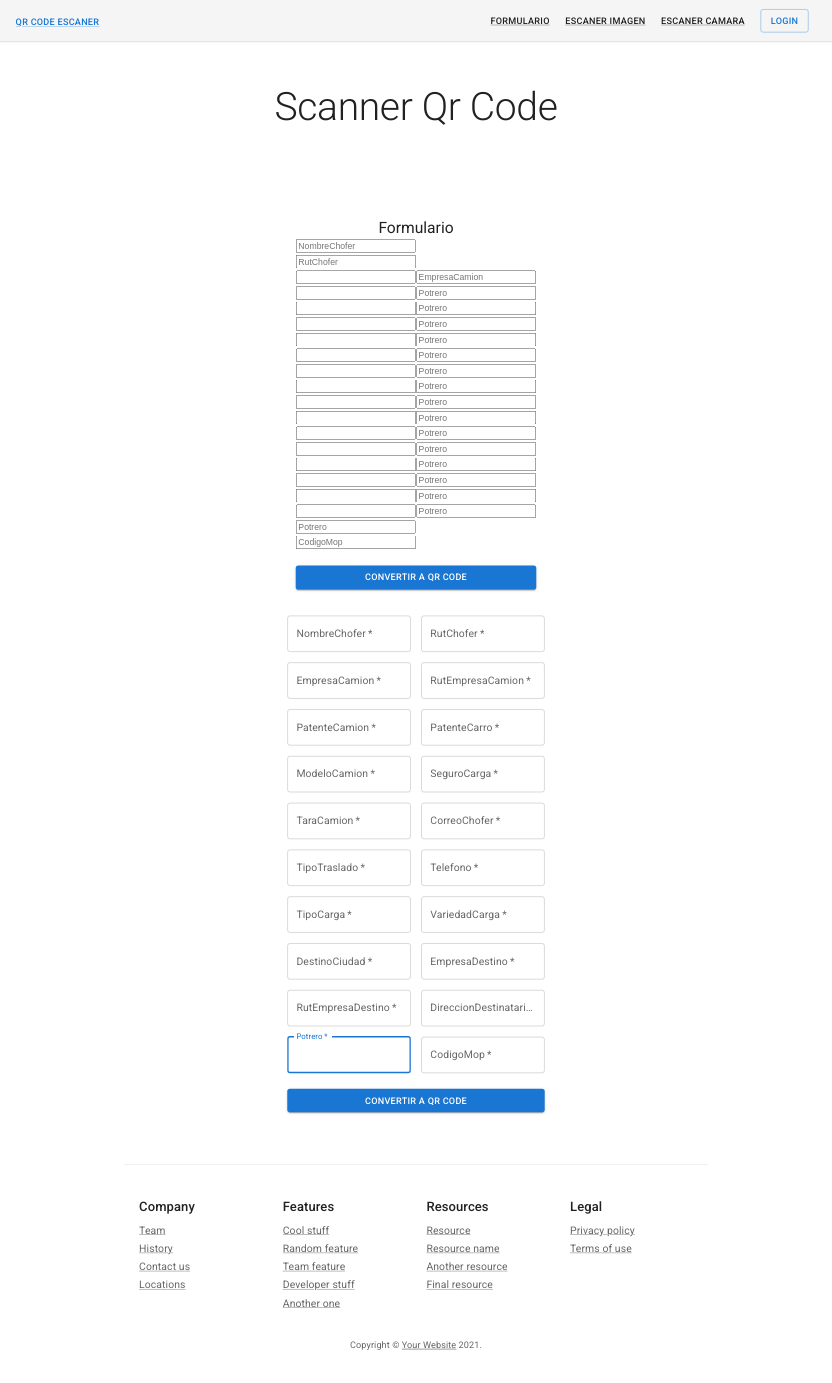
Repository: FlamesAlejandro/QrCodeForm
Page: /form
These files come from the project's save history. The page is drawn as it stood at one moment and after the next save; the edit follows.
The browser window is 1280 px wide. The pictures show the whole page, at 65% of full size.
The project was rebuilt for these pictures with package versions that can differ from the ones it lists, and the page was loaded fresh each time. Also part of the build but not shown: src/App.css, src/components/pages/ImagenEscaner.js, src/components/pages/CamaraEscaner.js, src/components/pages/Home.js.

Above is the page before, as saved 2021-10-24 07:52:09.

### src/App.js
import './App.css';
import { AppRouter } from './routers/AppRouter';

function App() {
  return (
    <>
      <AppRouter />
    </>
  );
}

export default App;

### src/components/ui/MainFooter.js
import React from 'react'
import Grid from '@mui/material/Grid';
import Typography from '@mui/material/Typography';
import Link from '@mui/material/Link';

function Copyright(props) {
    return (
      <Typography variant="body2" color="text.secondary" align="center" {...props}>
        {'Copyright © '}
        <Link color="inherit" href="https://mui.com/">
          Your Website
        </Link>{' '}
        {new Date().getFullYear()}
        {'.'}
      </Typography>
    );
  }

  const footers = [
    {
      title: 'Company',
      description: ['Team', 'History', 'Contact us', 'Locations'],
    },
    {
      title: 'Features',
      description: [
        'Cool stuff',
        'Random feature',
        'Team feature',
        'Developer stuff',
        'Another one',
      ],
    },
    {
      title: 'Resources',
      description: ['Resource', 'Resource name', 'Another resource', 'Final resource'],
    },
    {
      title: 'Legal',
      description: ['Privacy policy', 'Terms of use'],
    },
  ];

export const MainFooter = () => {

    return (
        <>
            <Grid container spacing={4} justifyContent="space-evenly">
                {footers.map((footer) => (
                    <Grid item xs={6} sm={3} key={footer.title}>
                    <Typography variant="h6" color="text.primary" gutterBottom>
                        {footer.title}
                    </Typography>
                    <ul>
                        {footer.description.map((item) => (
                        <li key={item}>
                            <Link href="#" variant="subtitle1" color="text.secondary">
                            {item}
                            </Link>
                        </li>
                        ))}
                    </ul>
                    </Grid>
                ))}
            </Grid>
            <Copyright sx={{ mt: 5 }} />
        </>
    )
}

### src/components/pages/Form.js
import React, { useState } from 'react'
import Button from '@mui/material/Button';
import CssBaseline from '@mui/material/CssBaseline';
import TextField from '@mui/material/TextField';
import Grid from '@mui/material/Grid';
import Box from '@mui/material/Box';
import Typography from '@mui/material/Typography';
import Container from '@mui/material/Container';
import QRCode from 'qrcode';
import { useForm } from "react-hook-form";

export const Form = () => {

    const [imgUrl, setImgUrl] = useState('');

    const { register, handleSubmit, formState: { errors } } = useForm();
    const onSubmit = data => console.log(data);
    console.log(errors);

    const generarQrCode = async(event) => {
        try {
            event.preventDefault();
            const data = new FormData(event.currentTarget);
            const response = await QRCode.toDataURL(data);
            setImgUrl(response);

        } catch (error) {
          console.log(error);
        }
    }

    return (
        <>
            <Container component="main" maxWidth="xs">
                <CssBaseline />
                <Box
                sx={{
                    marginTop: 8,
                    display: 'flex',
                    flexDirection: 'column',
                    alignItems: 'center',
                }}
                >
                <Typography component="h1" variant="h5">
                    Formulario
                </Typography>

                <form onSubmit={handleSubmit(onSubmit)}>
                <Grid item xs={12} sm={6}>
                        <input type="text" placeholder="NombreChofer" {...register("NombreChofer", {})} />
                    </Grid>
                    <Grid item xs={12} sm={6}>
                        <input type="text" placeholder="RutChofer" {...register("RutChofer", {})} />
                    </Grid>
                    <Grid item xs={12} sm={6}>
                        <input
                        autoComplete="EmpresaCamion"
                        name="EmpresaCamion"
                        required
                        fullWidth
                        id="EmpresaCamion"
                        label="EmpresaCamion"
                        autoFocus
                        />
                        <input type="text" placeholder="EmpresaCamion" {...register("EmpresaCamion", {})} />
                    </Grid>
                    <Grid item xs={12} sm={6}>
                        <input
                        required
                        fullWidth
                        id="RutEmpresaCamion"
                        label="RutEmpresaCamion"
                        name="RutEmpresaCamion"
                        autoComplete="RutEmpresaCamion"
                        />
                        <input type="text" placeholder="Potrero" {...register("Potrero", {})} />
                    </Grid>
                    <Grid item xs={12} sm={6}>
                        <input
                        autoComplete="PatenteCamion"
                        name="PatenteCamion"
                        required
                        fullWidth
                        id="PatenteCamion"
                        label="PatenteCamion"
                        autoFocus
                        />
                        <input type="text" placeholder="Potrero" {...register("Potrero", {})} />
                    </Grid>
                    <Grid item xs={12} sm={6}>
                        <input
                        required
                        fullWidth
                        id="PatenteCarro"
                        label="PatenteCarro"
                        name="PatenteCarro"
                        autoComplete="PatenteCarro"
                        />
                        <input type="text" placeholder="Potrero" {...register("Potrero", {})} />
                    </Grid>
                    <Grid item xs={12} sm={6}>
                        <input
                        autoComplete="ModeloCamion"
                        name="ModeloCamion"
                        required
                        fullWidth
                        id="ModeloCamion"
                        label="ModeloCamion"
                        autoFocus
                        />
                        <input type="text" placeholder="Potrero" {...register("Potrero", {})} />
                    </Grid>
                    <Grid item xs={12} sm={6}>
                        <input
                        required
                        fullWidth
                        id="SeguroCarga"
                        label="SeguroCarga"
                        name="SeguroCarga"
                        autoComplete="SeguroCarga"
                        />
                        <input type="text" placeholder="Potrero" {...register("Potrero", {})} />
                    </Grid>
                    <Grid item xs={12} sm={6}>
                        <input
                        autoComplete="TaraCamion"
                        name="TaraCamion"
                        required
                        fullWidth
                        id="TaraCamion"
                        label="TaraCamion"
                        autoFocus
                        />
                        <input type="text" placeholder="Potrero" {...register("Potrero", {})} />
                    </Grid>
                    <Grid item xs={12} sm={6}>
                        <input
                        required
                        fullWidth
                        id="CorreoChofer"
                        label="CorreoChofer"
                        name="CorreoChofer"
                        autoComplete="CorreoChofer"
                        />
                        <input type="text" placeholder="Potrero" {...register("Potrero", {})} />
                    </Grid>
                    <Grid item xs={12} sm={6}>
                        <input
                        autoComplete="TipoTraslado"
                        name="TipoTraslado"
                        required
                        fullWidth
                        id="TipoTraslado"
                        label="TipoTraslado"
                        autoFocus
                        />
                        <input type="text" placeholder="Potrero" {...register("Potrero", {})} />
                    </Grid>
                    <Grid item xs={12} sm={6}>
                        <input
                        required
                        fullWidth
                        id="Telefono"
                        label="Telefono"
                        name="Telefono"
                        autoComplete="Telefono"
                        />
                        <input type="text" placeholder="Potrero" {...register("Potrero", {})} />
                    </Grid>
                    <Grid item xs={12} sm={6}>
                        <input
                        autoComplete="TipoCarga"
                        name="TipoCarga"
                        required
                        fullWidth
                        id="TipoCarga"
                        label="TipoCarga"
                        autoFocus
                        />
                        <input type="text" placeholder="Potrero" {...register("Potrero", {})} />
                    </Grid>
                    <Grid item xs={12} sm={6}>
                        <input
                        required
                        fullWidth
                        id="VariedadCarga"
                        label="VariedadCarga"
                        name="VariedadCarga"
                        autoComplete="VariedadCarga"
                        />
                        <input type="text" placeholder="Potrero" {...register("Potrero", {})} />
                    </Grid>
                    <Grid item xs={12} sm={6}>
                        <input
                        autoComplete="DestinoCiudad"
                        name="DestinoCiudad"
                        required
                        fullWidth
                        id="DestinoCiudad"
                        label="DestinoCiudad"
                        autoFocus
                        />
                        <input type="text" placeholder="Potrero" {...register("Potrero", {})} />
                    </Grid>
                    <Grid item xs={12} sm={6}>
                        <input
                        required
                        fullWidth
                        id="EmpresaDestino"
                        label="EmpresaDestino"
                        name="EmpresaDestino"
                        autoComplete="EmpresaDestino"
                        />
                        <input type="text" placeholder="Potrero" {...register("Potrero", {})} />
                    </Grid>
                    <Grid item xs={12} sm={6}>
                        <input
                        autoComplete="RutEmpresaDestino"
                        name="RutEmpresaDestino"
                        required
                        fullWidth
                        id="RutEmpresaDestino"
                        label="RutEmpresaDestino"
                        autoFocus
                        />
                        <input type="text" placeholder="Potrero" {...register("Potrero", {})} />
                    </Grid>
                    <Grid item xs={12} sm={6}>
                        <input
                        required
                        fullWidth
                        id="DireccionDestinatario"
                        label="DireccionDestinatario"
                        name="DireccionDestinatario"
                        autoComplete="DireccionDestinatario"
                        />
                        <input type="text" placeholder="Potrero" {...register("Potrero", {})} />
                    </Grid>
                    <Grid item xs={12} sm={6}>
                        <input type="text" placeholder="Potrero" {...register("Potrero", {})} />
                    </Grid>
                    <Grid item xs={12} sm={6}>
                        <input type="text" placeholder="CodigoMop" {...register("CodigoMop", {})} />
                    </Grid>
                    <Button
                        type="submit"
                        fullWidth
                        variant="contained"
                        sx={{ mt: 3, mb: 2 }}
                    >
                    Convertir a QR CODE
                    </Button>
                </form>

                <Box component="form" noValidate onSubmit={generarQrCode} sx={{ mt: 3 }}>
                    <Grid container spacing={2}>
                    <Grid item xs={12} sm={6}>
                        <TextField
                        autoComplete="NombreChofer"
                        name="NombreChofer"
                        required
                        fullWidth
                        id="NombreChofer"
                        label="NombreChofer"
                        autoFocus
                        />
                    </Grid>
                    <Grid item xs={12} sm={6}>
                        <TextField
                        required
                        fullWidth
                        id="RutChofer"
                        label="RutChofer"
                        name="RutChofer"
                        autoComplete="RutChofer"
                        />
                    </Grid>
                    <Grid item xs={12} sm={6}>
                        <TextField
                        autoComplete="EmpresaCamion"
                        name="EmpresaCamion"
                        required
                        fullWidth
                        id="EmpresaCamion"
                        label="EmpresaCamion"
                        autoFocus
                        />
                    </Grid>
                    <Grid item xs={12} sm={6}>
                        <TextField
                        required
                        fullWidth
                        id="RutEmpresaCamion"
                        label="RutEmpresaCamion"
                        name="RutEmpresaCamion"
                        autoComplete="RutEmpresaCamion"
                        />
                    </Grid>
                    <Grid item xs={12} sm={6}>
                        <TextField
                        autoComplete="PatenteCamion"
                        name="PatenteCamion"
                        required
                        fullWidth
                        id="PatenteCamion"
                        label="PatenteCamion"
                        autoFocus
                        />
                    </Grid>
                    <Grid item xs={12} sm={6}>
                        <TextField
                        required
                        fullWidth
                        id="PatenteCarro"
                        label="PatenteCarro"
                        name="PatenteCarro"
                        autoComplete="PatenteCarro"
                        />
                    </Grid>
                    <Grid item xs={12} sm={6}>
                        <TextField
                        autoComplete="ModeloCamion"
                        name="ModeloCamion"
                        required
                        fullWidth
                        id="ModeloCamion"
                        label="ModeloCamion"
                        autoFocus
                        />
                    </Grid>
                    <Grid item xs={12} sm={6}>
                        <TextField
                        required
                        fullWidth
                        id="SeguroCarga"
                        label="SeguroCarga"
                        name="SeguroCarga"
                        autoComplete="SeguroCarga"
                        />
                    </Grid>
                    <Grid item xs={12} sm={6}>
                        <TextField
                        autoComplete="TaraCamion"
                        name="TaraCamion"
                        required
                        fullWidth
                        id="TaraCamion"
                        label="TaraCamion"
                        autoFocus
                        />
                    </Grid>
                    <Grid item xs={12} sm={6}>
                        <TextField
                        required
                        fullWidth
                        id="CorreoChofer"
                        label="CorreoChofer"
                        name="CorreoChofer"
                        autoComplete="CorreoChofer"
                        />
                    </Grid>
                    <Grid item xs={12} sm={6}>
                        <TextField
                        autoComplete="TipoTraslado"
                        name="TipoTraslado"
                        required
                        fullWidth
                        id="TipoTraslado"
                        label="TipoTraslado"
                        autoFocus
                        />
                    </Grid>
                    <Grid item xs={12} sm={6}>
                        <TextField
                        required
                        fullWidth
                        id="Telefono"
                        label="Telefono"
                        name="Telefono"
                        autoComplete="Telefono"
                        />
                    </Grid>
                    <Grid item xs={12} sm={6}>
                        <TextField
                        autoComplete="TipoCarga"
                        name="TipoCarga"
                        required
                        fullWidth
                        id="TipoCarga"
                        label="TipoCarga"
                        autoFocus
                        />
                    </Grid>
                    <Grid item xs={12} sm={6}>
                        <TextField
                        required
                        fullWidth
                        id="VariedadCarga"
                        label="VariedadCarga"
                        name="VariedadCarga"
                        autoComplete="VariedadCarga"
                        />
                    </Grid>
                    <Grid item xs={12} sm={6}>
                        <TextField
                        autoComplete="DestinoCiudad"
                        name="DestinoCiudad"
                        required
                        fullWidth
                        id="DestinoCiudad"
                        label="DestinoCiudad"
                        autoFocus
                        />
                    </Grid>
                    <Grid item xs={12} sm={6}>
                        <TextField
                        required
                        fullWidth
                        id="EmpresaDestino"
                        label="EmpresaDestino"
                        name="EmpresaDestino"
                        autoComplete="EmpresaDestino"
                        />
                    </Grid>
                    <Grid item xs={12} sm={6}>
                        <TextField
                        autoComplete="RutEmpresaDestino"
                        name="RutEmpresaDestino"
                        required
                        fullWidth
                        id="RutEmpresaDestino"
                        label="RutEmpresaDestino"
                        autoFocus
                        />
                    </Grid>
                    <Grid item xs={12} sm={6}>
                        <TextField
                        required
                        fullWidth
                        id="DireccionDestinatario"
                        label="DireccionDestinatario"
                        name="DireccionDestinatario"
                        autoComplete="DireccionDestinatario"
                        />
                    </Grid>
                    <Grid item xs={12} sm={6}>
                        <TextField
                        autoComplete="Potrero"
                        name="Potrero"
                        required
                        fullWidth
                        id="Potrero"
                        label="Potrero"
                        autoFocus
                        />
                    </Grid>
                    <Grid item xs={12} sm={6}>
                        <TextField
                        required
                        fullWidth
                        id="CodigoMop"
                        label="CodigoMop"
                        name="CodigoMop"
                        autoComplete="CodigoMop"
                        />
                    </Grid>
                    </Grid>
                    <Button
                        type="submit"
                        fullWidth
                        variant="contained"
                        sx={{ mt: 3, mb: 2 }}
                    >
                    Convertir a QR CODE
                    </Button>
                </Box>
                </Box>
                {imgUrl ? (
                    <a href={imgUrl} download>
                        <img src={imgUrl} alt="img" />
                    </a>)
                : null}
            </Container>
        </>
    )
}

Loaded but not shown: public/index.html (common file); src/index.js (common file); src/index.css (common file); src/reportWebVitals.js (common file); src/routers/AppRouter.js (67 lines, source omitted); src/components/ui/MainNavbar.js (58 lines, source omitted)

After the next save:
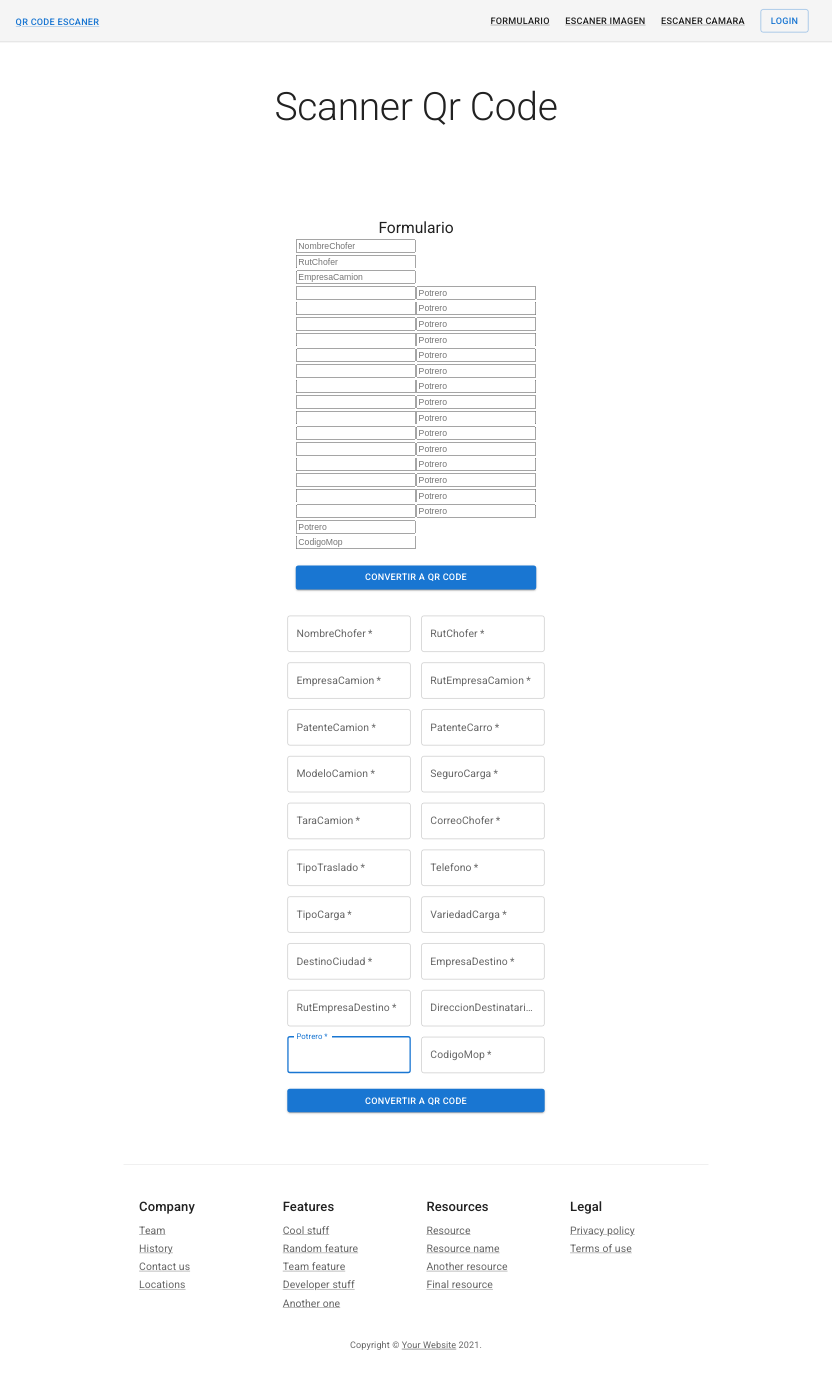
Saved 1 s later.
--- a/src/components/pages/Form.js
+++ b/src/components/pages/Form.js
@@ -53,15 +53,6 @@ export const Form = () => {
                         <input type="text" placeholder="RutChofer" {...register("RutChofer", {})} />
                     </Grid>
                     <Grid item xs={12} sm={6}>
-                        <input
-                        autoComplete="EmpresaCamion"
-                        name="EmpresaCamion"
-                        required
-                        fullWidth
-                        id="EmpresaCamion"
-                        label="EmpresaCamion"
-                        autoFocus
-                        />
                         <input type="text" placeholder="EmpresaCamion" {...register("EmpresaCamion", {})} />
                     </Grid>
                     <Grid item xs={12} sm={6}>
